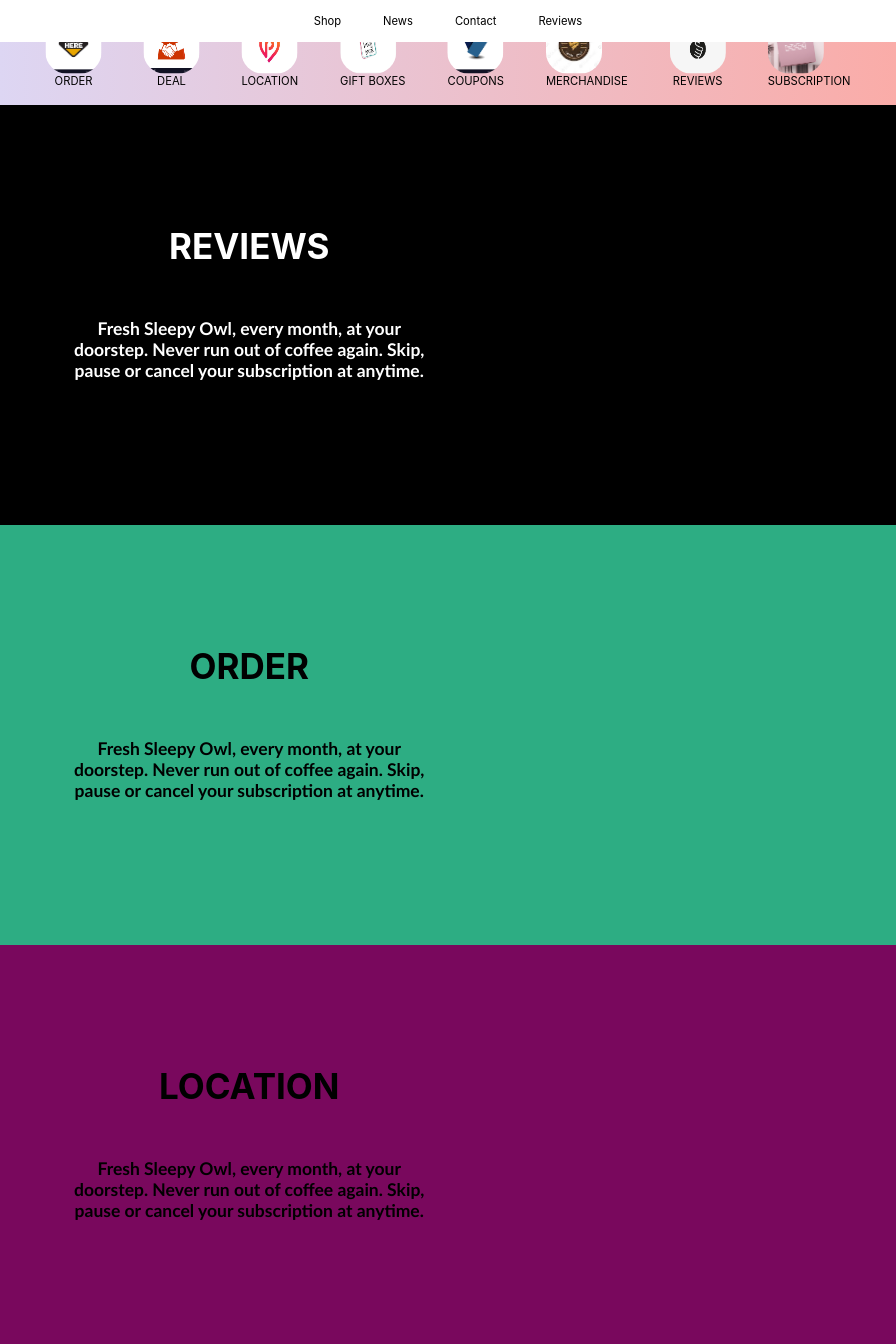
Repository: tusharpasricha/owlsomecoffee
Page: /
An editor plug-in stored every save of this project. The page is shown before and after the next save, followed by the edit.
The browser window is 1280 px wide. The pictures show the part of the page from y = 0 to 1920 px (the page is 4850 px tall before and 4910 px after), at 70% of full size.
The project was rebuilt for these pictures with package versions that can differ from the ones it lists, and the page was loaded fresh each time.

Above is the page before, as saved 2021-09-27 19:24:57.

After the next save:
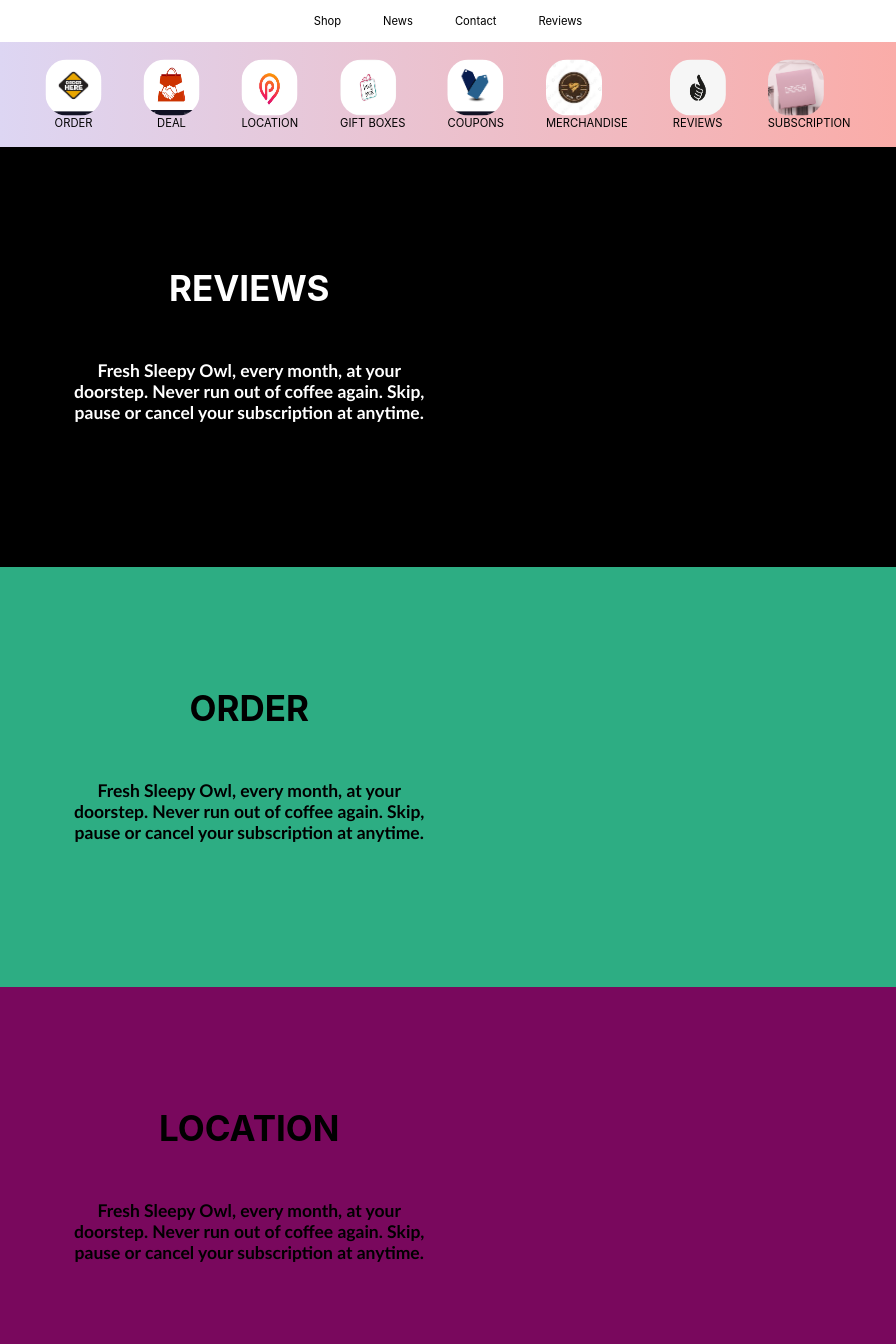
Saved 12 s later.
--- a/src/App.js
+++ b/src/App.js
@@ -21,7 +21,7 @@ function App() {
   return (
     <div className="App">
      <Navbar></Navbar>
-     {/* <Blank></Blank> */}
+     <Blank></Blank>
      <Bar></Bar>
      <Review></Review>
      <Order></Order>
